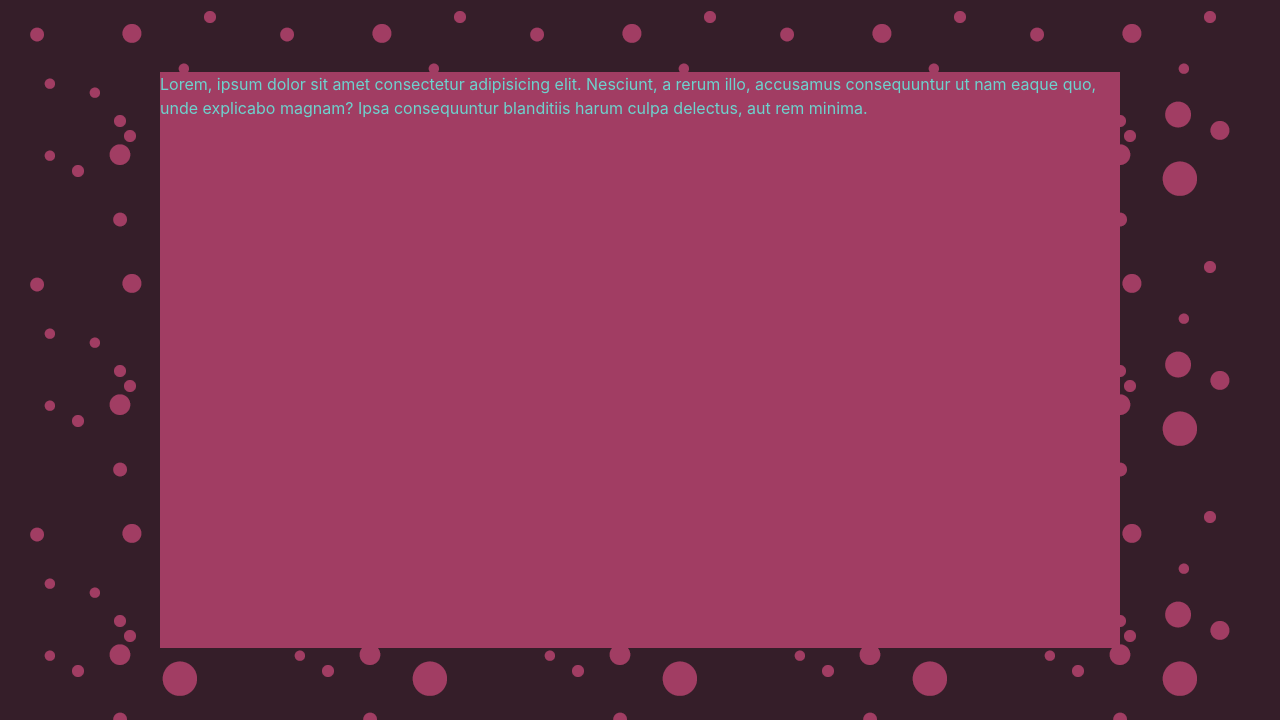
Repository: sylleryum/Frontend
Page: GetTopTracks/index.html
The author's editor kept a copy of each file at every save. The page is drawn from the files as they stood at one save, then again after a run of saves.
The browser window is 1280 px wide. The pictures show the whole page.

Above is the page before, as saved 2019-10-13 14:40:53.

After the next 2 saves:
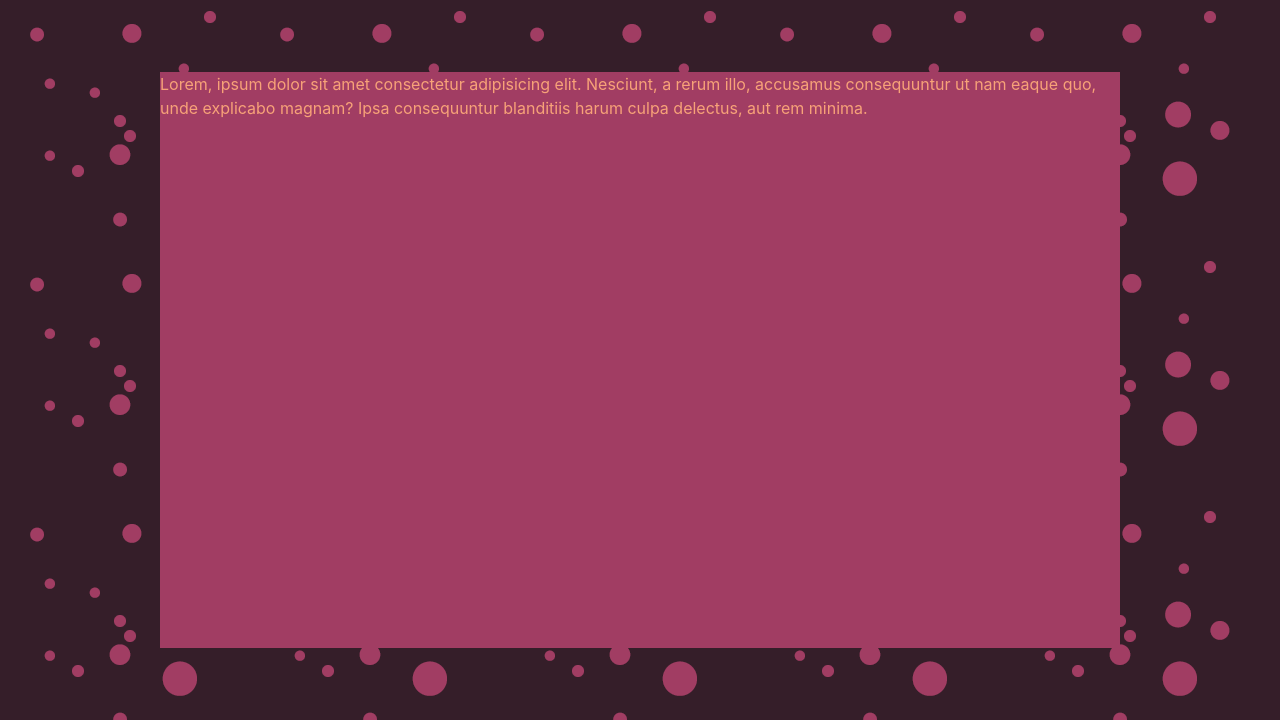
The 2 saves are shown as one change because they came seconds apart.
The last was saved 14 s later.
--- a/GetTopTracks/index.html
+++ b/GetTopTracks/index.html
@@ -16,7 +16,7 @@
   <body>
       <div class="container-fluid background-master h-100">
           <div class="row align-items-center justify-content-center h-100">
-               <div class="h-80 w-75 bg-4 text-1" id="internal-container">Lorem, ipsum dolor sit amet consectetur adipisicing elit. Nesciunt, a rerum illo, accusamus consequuntur ut nam eaque quo, unde explicabo magnam? Ipsa consequuntur blanditiis harum culpa delectus, aut rem minima.</div>
+               <div class="h-80 w-75 bg-4 text-3" id="internal-container">Lorem, ipsum dolor sit amet consectetur adipisicing elit. Nesciunt, a rerum illo, accusamus consequuntur ut nam eaque quo, unde explicabo magnam? Ipsa consequuntur blanditiis harum culpa delectus, aut rem minima.</div>
           </div>
       </div>
 

After the save that followed:
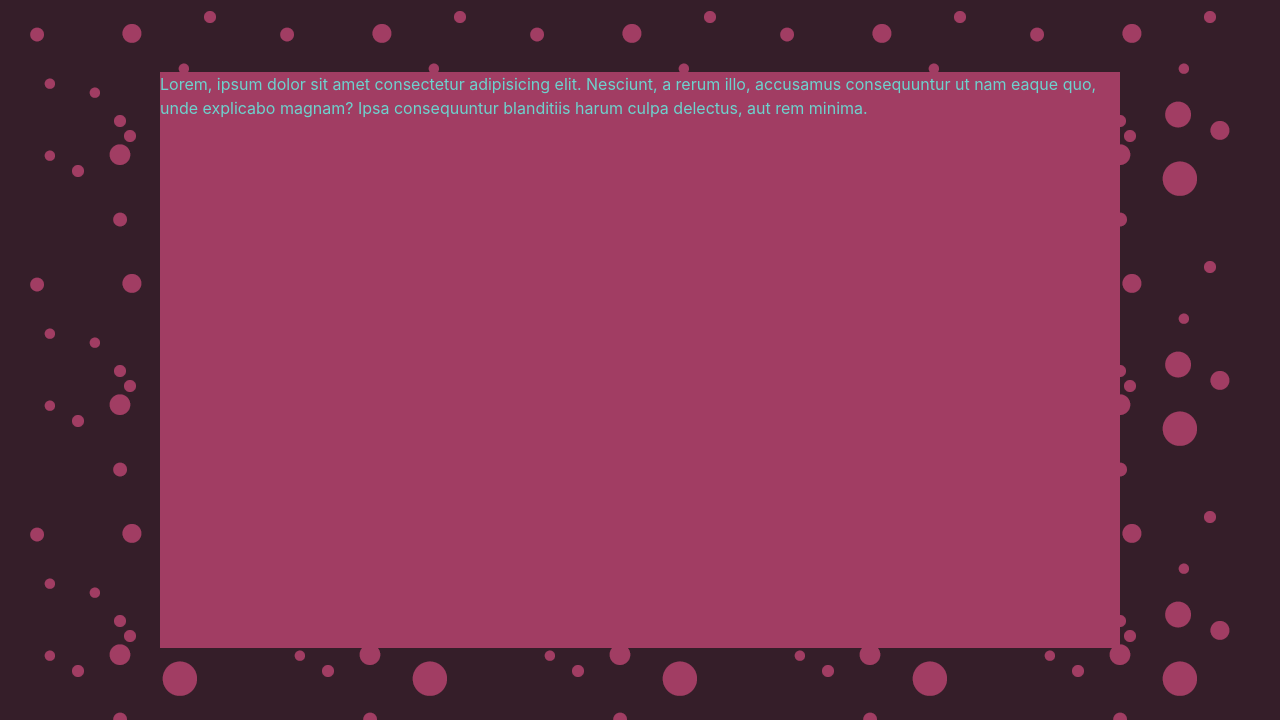
Saved 5 s later.
--- a/GetTopTracks/index.html
+++ b/GetTopTracks/index.html
@@ -16,7 +16,7 @@
   <body>
       <div class="container-fluid background-master h-100">
           <div class="row align-items-center justify-content-center h-100">
-               <div class="h-80 w-75 bg-4 text-3" id="internal-container">Lorem, ipsum dolor sit amet consectetur adipisicing elit. Nesciunt, a rerum illo, accusamus consequuntur ut nam eaque quo, unde explicabo magnam? Ipsa consequuntur blanditiis harum culpa delectus, aut rem minima.</div>
+               <div class="h-80 w-75 bg-4 text-1" id="internal-container">Lorem, ipsum dolor sit amet consectetur adipisicing elit. Nesciunt, a rerum illo, accusamus consequuntur ut nam eaque quo, unde explicabo magnam? Ipsa consequuntur blanditiis harum culpa delectus, aut rem minima.</div>
           </div>
       </div>
 
